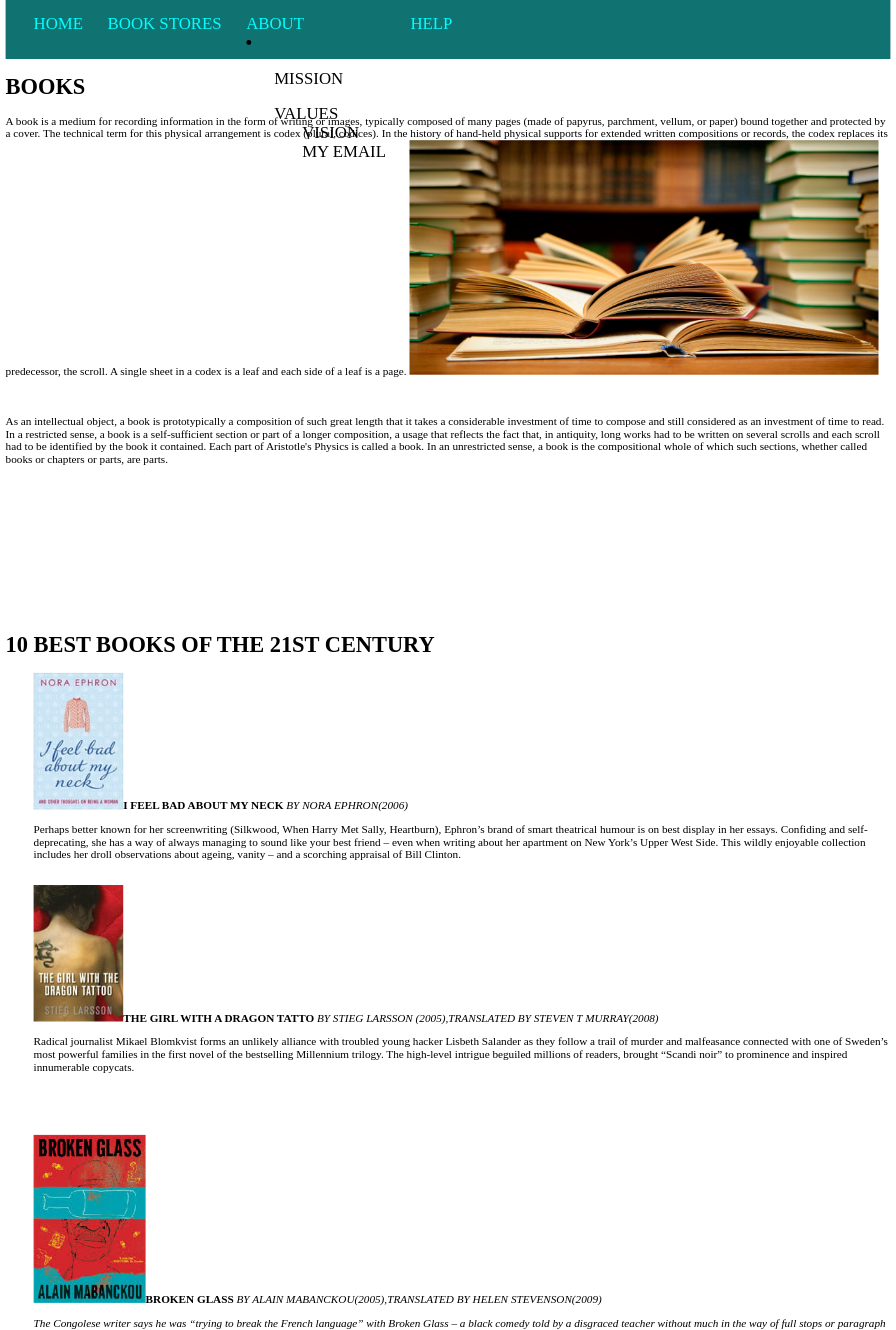
Repository: Hanan-arts/websites
Page: 01 web design/website.html
These files come from the project's save history. The page is drawn as it stood at one moment and after the next save; the edit follows.
The browser window is 1280 px wide. The pictures show the part of the page from y = 566 to 2466 px (the page is 4708 px tall), at 70% of full size.
A picture or video elsewhere on the page could not be fetched, so the positions and the page height are approximate.

Above is the page before, as saved 2021-02-15 12:04:06.

### 01 web design/website.html
<!DOCTYPE html>
<html lang="en">
<head>
    <meta charset="UTF-8">
    <meta http-equiv="X-UA-Compatible" content="IE=edge">
    <meta name="viewport" content="width=device-width, initial-scale=1.0">
    <title>BOOKS WORLD</title>
</head>
<link rel="stylesheet" href="c.css">
<body>
    <div class="container">
        <img src="images.png" alt="">
        <h1>BOOKS WORLD</h1>
        <video autoplay loop muted>
            <source src="The_Joy_of_Books(720p)_210215101529.mp4">
        </video>

    </div>
    <div class="container">
        <div class="nav-wrapper">
        <div class="left-side">
            <div class="nav-link-wrapper">
                <a href="website.html">HOME</a>
            </div>
            <div class="nav-link-wrapper">
                <a href="Source.html">BOOK STORES</a>
            </div>
                <div class="nav-link-wrapper">
                    <a href="About.html">ABOUT</a>
                    <li><ul>mission</ul>
                        <ul>values</ul<>
                        <ul>vision</ul>
                        <ul>my email</ul></li>
                </div>
                    <div class="nav-link-wrapper">
                        <a href="Help.html">HELP</a>
                    </div>
                </div>
            </div>
        </div>
        </div>
        </div>
    </div>
    <div class="container">



    </div>
<h1><b>BOOKS</b></h1>
<p>A book is a medium for recording information in the form of writing or images, typically composed of
many pages (made of papyrus, parchment, vellum, or paper) bound together and protected by a cover.
The technical term for this physical arrangement is codex (plural, codices). In the history of
hand-held physical supports for extended written compositions or records, the codex replaces its
predecessor, the scroll. A single sheet in a codex is a leaf and each side of a leaf is a page.
<img src="books-for-survey.jpg" ><br> <br> <br> <br>

As an intellectual object, a book is prototypically a composition of such great length that it takes
a considerable investment of time to compose and still considered as an investment of time to read.
In a restricted sense, a book is a self-sufficient section or part of a longer composition,
a usage that reflects the fact that, in antiquity, long works had to be written on several scrolls and
each scroll had to be identified by the book it contained. Each part of Aristotle's Physics is called a
book.
In an unrestricted sense, a book is the compositional whole of which such sections, whether called books
or chapters or parts,
are parts.
</body><br><br><br><br><br><br><br><br><br><br><br><br><br>

<p><b></b><h1>10 BEST BOOKS OF THE 21ST CENTURY</h1></p>
<p>
    <div>
        <ul>
            <img src="Ifeelbadaboutmyneck.jpg"
            <li><b>I FEEL BAD ABOUT MY NECK     </b> <i>BY NORA EPHRON(2006)</i>
                <p>Perhaps better known for her screenwriting (Silkwood, When Harry Met Sally, Heartburn),
                Ephron’s brand of smart theatrical humour is on best display in her essays. Confiding and
            self-deprecating, she has a way of always managing to sound like your best friend – even when
            writing about her apartment on New York’s Upper West Side. This wildly enjoyable collection includes
            her droll observations about ageing, vanity –
                    and a scorching appraisal of Bill Clinton.</p> <br>
<img src="dragontattoo.jpg"

                    <li><b>THE GIRL WITH A DRAGON TATTO   </b><I>BY STIEG LARSSON (2005),TRANSLATED BY STEVEN T MURRAY(2008)</I><p>Radical journalist Mikael Blomkvist
                        forms an unlikely alliance with troubled young hacker Lisbeth Salander as they follow a trail of
                murder and malfeasance connected with one of Sweden’s most powerful families in the first novel of
                    the bestselling Millennium trilogy. The high-level intrigue beguiled millions of readers,
                        brought “Scandi noir” to prominence and inspired innumerable copycats.</p><br><br><br><br>
    <img src="broken glass.jpg"

<li><b>BROKEN GLASS  </b><i>BY ALAIN MABANCKOU(2005),TRANSLATED BY HELEN STEVENSON(2009)
            <p>The Congolese writer says he was “trying to break the French language” with Broken Glass –
            a black comedy told by a disgraced teacher without much in the way of full stops or paragraph breaks.
            As Mabanckou’s unreliable narrator munches his “bicycle chicken” and drinks his red wine, it becomes
                clear he has the history of Congo-Brazzaville and
                the whole of French literature in his sights.</p><br><br><br><br>
    <img src="harry potter.jpg"
                <li><b>HARRY POTTER AND THE GOBLET OF FIRE </b><i>BY JK ROWLING(2000)</i></li><P>A generation grew up on Rowling’s
            all-conquering magical fantasies, but countless adults have also been enthralled by her immersive.
            Book four, the first of the doorstoppers, marks the point where the series really takes off.
            The Triwizard Tournament provides pace and tension, and Rowling makes her boy wizard look death
            in the eye for the first time.</P>
        </i></li>
        <img src="a little life.jpg"
        <li><b>A LITTLE LIFE </b><i>BY HANYA YANAGIHARA (2015)
            <P>This operatically harrowing American gay melodrama became an unlikely bestseller,
                and one of the most divisive novels of the century so far. One man’s life is blighted
                by abuse and its aftermath, but also illuminated by love and friendship. Some readers
                wept all night, some condemned it as titillating and exploitative,
                but no one could deny its power.</P>
        </i></li>
        <img src="Bob_Dylan_Chronicles.jpg"
        <li><b>CHRONICLES : VOLUME ONE  </b><i>BY BOB DYLAN(2004)</i><li>
            <P>Dylan’s reticence about his personal life is a central part of the singer-songwriter’s brand,
                so the gaps and omissions in this memoir come as no surprise. The result is both sharp and dreamy,
                sliding in and out of different phases of Dylan’s career but rooted in his earliest days as a
                Woody Guthrie wannabe in New York City.
                Fans are still waiting for volume two.</P>
        </li><img src="the tipping.jpg"
        <li><b>THE TIPPING POINT </b><I>BY MALCOLM GLADWELL(2000)</I></li>
        <p>The New Yorker staff writer examines phenomena from shoe sales to crime rates through the lens of epidemiology,
            reaching his own tipping point, when he became a rock-star intellectual and unleashed a wave of quirky studies
            contemporary society. Two decades on, Gladwell is often accused of over simplification
            and cherry picking, but his idiosyncratic bestsellers have helped shape 21st-century culture.</p>
            <img src="darkmans.jpg"
            <li><b>DARKMANS </b><i>BY NICOLA BARKER(2007)</i></li>
    <p>British fiction’s most anarchic author is as prolific as she is playful,
    but this freewheeling, visionary epic set around the Thames Gateway is her magnum opus.
    Barker brings her customary linguistic invention and wild humour to a tale about history’s hold on the present,
            as contemporary Ashford is haunted by the spirit of a medieval jester.</p>
            <li><b>THE SIEGE </b> <i>BY HELEN DUNMORE(2001)</i></li>
            <img src="the siege.jpg"
<p>The Levin family battle against starvation in this novel set during the German siege of Leningrad.
    Anna digs tank traps and dodges patrols as she scavenges for wood,
    but the hand of history is hard to escape.</p> <br><br><br><br>

<li><b>LIGHT</b> <i>BY M JOHN HARRISON</i></li>
<p>One of the most underrated prose writers demonstrates the literary firepower of
science fiction at its best. Three narrative strands – spanning far-future space opera,
contemporary unease and virtual-reality pastiche – are braided together for a breathtaking metaphysical
voyage in pursuit of the mystery at the heart of reality.</p>




            </li>
            <li></li>

        </ul>
    </div>

</p>

</html>

### 01 web design/c.css
.nav-wrapper{
    display:flex;
    justify-content: space-between;
    padding: 40px;
    background-color: rgb(17, 114, 114);
}
.left-side{
    display: flex;
}
.nav-wrapper > .left-side > div {
    margin-right: 35px;
    font-size: 1.5em;
    text-transform: uppercase;
}
.nav-link-wrapper{
    height: 23px;
    border-bottom: 1.2px solid transparent;
    transition: border-bottom 0.7s;
}
.nav-link-wrapper a {
    color: aqua;
    text-decoration: wavy;
    transition: color 0.7s;
}
.nav-link-wrapper:hover{
    border-bottom: 1.5px solid gray;
}
.nav-link-wrapper a:hover{
    color: gray;
}
<div class="section"></div>
<h1> <b>BOOKS WORLD<b><h1>
<video


.container{
    width:100%;
    height:100vh;
    background: image:linear;
gradient (rgba(0,0,0,0.7),rgba(0,0,0,0.7)),url(img: 1png;)
background position:center ;
background size:cover ;
}

After the next save:
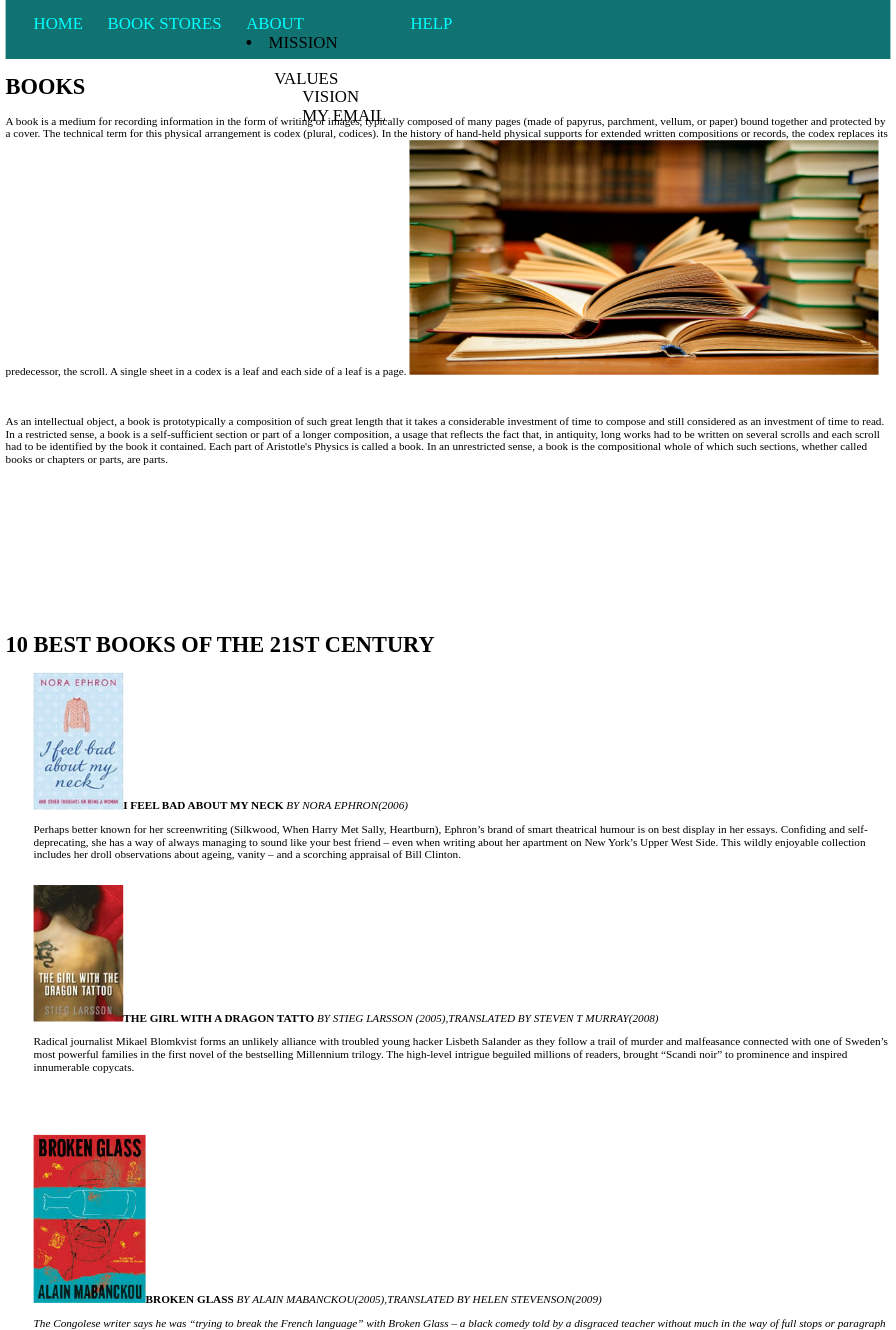
Saved 112 s later.
--- a/01 web design/website.html
+++ b/01 web design/website.html
@@ -27,7 +27,7 @@
             </div>
                 <div class="nav-link-wrapper">
                     <a href="About.html">ABOUT</a>
-                    <li><ul>mission</ul>
+                    <li><l>mission</l>
                         <ul>values</ul<>
                         <ul>vision</ul>
                         <ul>my email</ul></li>
